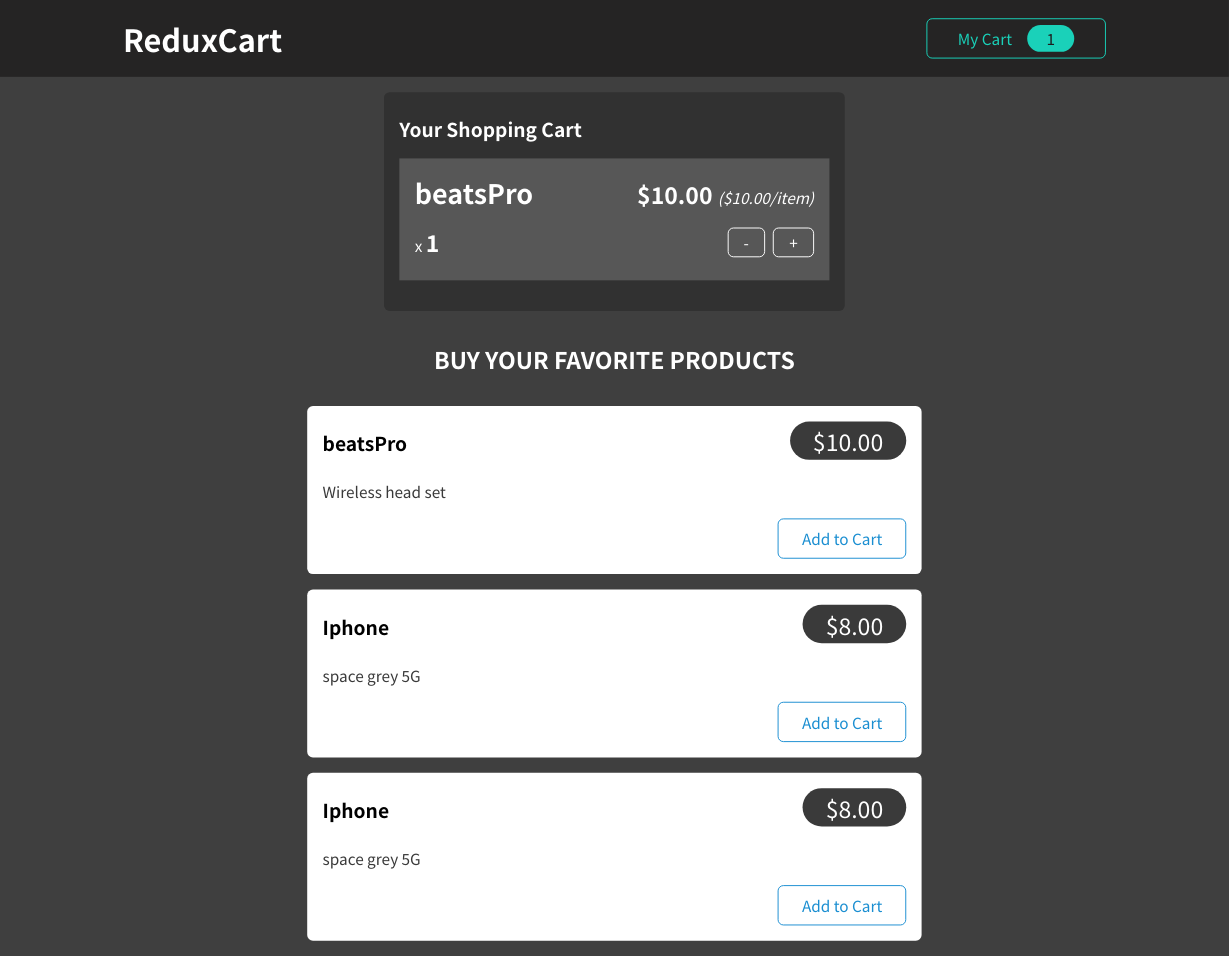
Repository: NamalPathirana/Redux-two-async
Page: /
These files come from the project's save history. The page is drawn as it stood at one moment and after the next save; the edit follows.
The browser window is 1280 px wide. The pictures show the whole page, at 96% of full size.
The project was rebuilt for these pictures with package versions that can differ from the ones it lists, and the page was loaded fresh each time.

Above is the page before, as saved 2022-04-13 16:55:33.

### src/index.js
import ReactDOM from 'react-dom/client';

import './index.css';
import App from './App';
import { Provider } from 'react-redux';
import store from './store/store';



const root = ReactDOM.createRoot(document.getElementById('root'));
root.render(<Provider store={store}><App /></Provider>);

### src/store/store.js
import { configureStore } from "@reduxjs/toolkit";
import cartSlice from "./cart"

const store = configureStore({
    reducer:{
        cart:cartSlice,
    },
});


export default store;

### src/components/Cart/Cart.js
import Card from "../UI/Card";
import classes from "./Cart.module.css";
import CartItem from "./CartItem";
import { useSelector } from "react-redux";

const Cart = (props) => {
  const cartItems = useSelector((state) => {
    return state.cart.items;
  });
  const totalQuantity = {};

  return (
    <Card className={classes.cart}>
      <h2>Your Shopping Cart</h2>
      <ul>
        {cartItems.map((item) => {
          return (
            <CartItem
              item={{ title: item.name, quantity: item.quantity, total: item.totalPrice, price: item.price}}
            />
          );
        })}
      </ul>
    </Card>
  );
};

export default Cart;

### src/components/Shop/Products.js
import ProductItem from "./ProductItem";
import classes from "./Products.module.css";
import { cartActions } from "../../store/cart";
import { useDispatch, useSelector } from "react-redux";
import { useEffect } from "react";

const Products = (props) => {
  const dispatch = useDispatch();

  useEffect(() => {
    dispatch(
      cartActions.addItemToCart({
        item: {
          id: 1,
          name: "beatsPro",
          description: "Wireless head set",
          quantity: 1,
          price: 10,
        },
      })
    );
  }, [dispatch]);

  const cartItems = useSelector((state) => state.cart.items);

  const productList = [
    {
      id: 1,
      name: "beatsPro",
      description: "Wireless head set",
      price: 10,
    },
    {
      id: 2,
      name: "Iphone",
      description: "space grey 5G",
      price: 8,
    },
    {
      id: 3,
      name: "Iphone",
      description: "space grey 5G",
      price: 8,
    },
  ];

  return (
    <section className={classes.products}>
      <h2>Buy your favorite products</h2>
      <ul>
        {productList.map((item) => {
          return (
            <ProductItem
              title={item.name}
              price={item.price}
              description={item.description}
            />
          );
        })}
      </ul>
    </section>
  );
};

export default Products;

### src/store/cart.js
import { createSlice } from "@reduxjs/toolkit";

// itemsTemplate = {items: [
//     {
//       id: 0,
//       name: "",
//       description: "",
//       quantity: 0,
//       price: 0,
//       totalPrice: 0,
//     },
//   ],}

const initialCartState = {
  items: [
  ],
  totalAmount: 0.0,
  totalItems:0,
};

const cartSlice = createSlice({
  name: "cart",
  initialState: initialCartState,
  reducers: {
    addItemToCart(state, actions) {
      if (actions.payload.item === null) return;

      const userEnteredItem = actions.payload.item;

      const existingItem = state.items.find(
        (item) => item.id === userEnteredItem.id
      );

      if (existingItem) {
        const itemQuantity = existingItem.reduce(
          (previousValue, currentItem) => {
            return previousValue + currentItem.quantity;
          },
          0
        );

        const newItem = { ...existingItem, quantity: itemQuantity };
        const newItemsList = {
          ...state.items.filter((obj) => obj.id !== newItem.id),
          existingItem,
        };

        state.items = newItemsList;
      } else {
        state.items.push({
          id: userEnteredItem.id,
          name: userEnteredItem.name,
          description: userEnteredItem.description,
          quantity: userEnteredItem.quantity,
          price: userEnteredItem.price,
          totalPrice: userEnteredItem.price * userEnteredItem.quantity,
        });
      }

      state.totalItems = state.items.reduce((previousValue,currentItem)=>{return previousValue+currentItem.quantity},0);

      state.totalAmount = state.items.reduce((previousValue, currentItem) => {
        return previousValue + currentItem.totalPrice;
      }, 0);
    },
  },
});

export const cartActions = cartSlice.actions;

export default cartSlice.reducer;

### src/components/Cart/CartItem.js
import classes from './CartItem.module.css';

const CartItem = (props) => {
  const { title, quantity, total, price } = props.item;

  return (
    <li className={classes.item}>
      <header>
        <h3>{title}</h3>
        <div className={classes.price}>
          ${total.toFixed(2)}{' '}
          <span className={classes.itemprice}>(${price.toFixed(2)}/item)</span>
        </div>
      </header>
      <div className={classes.details}>
        <div className={classes.quantity}>
          x <span>{quantity}</span>
        </div>
        <div className={classes.actions}>
          <button>-</button>
          <button>+</button>
        </div>
      </div>
    </li>
  );
};

export default CartItem;

### src/components/Shop/ProductItem.js
import Card from "../UI/Card";
import classes from "./ProductItem.module.css";

const ProductItem = (props) => {
  const { title, price, description } = props;

  return (
    <li className={classes.item}>
      <Card>
        <header>
          <h3>{title}</h3>
          <div className={classes.price}>${price.toFixed(2)}</div>
        </header>
        <p>{description}</p>
        <div className={classes.actions}>
          <button>Add to Cart</button>
        </div>
      </Card>
    </li>
  );
};

export default ProductItem;

### src/components/Cart/CartItem.module.css
.item {
  margin: 1rem 0;
  background-color: #575757;
  padding: 1rem;
}

.item h3 {
  margin: 0 0 0.5rem 0;
  font-size: 1.75rem;
}

.item header {
  display: flex;
  justify-content: space-between;
  align-items: baseline;
}

.details {
  display: flex;
  justify-content: space-between;
  align-items: center;
}

.quantity span {
  font-size: 1.5rem;
  font-weight: bold;
}

.price {
  font-size: 1.5rem;
  font-weight: bold;
}

.itemprice {
  font-weight: normal;
  font-size: 1rem;
  font-style: italic;
}

.actions {
  display: flex;
  justify-content: flex-end;
  margin: 0.5rem 0;
}

.actions button {
  background-color: transparent;
  border: 1px solid white;
  margin-left: 0.5rem;
  padding: 0.15rem 1rem;
  color: white;
}

.actions button:hover,
.actions button:active {
  background-color: #4b4b4b;
  color: white;
}

### src/components/Cart/CartButton.js
import classes from './CartButton.module.css';
import {useSelector} from "react-redux";

const CartButton = () => {

  const cartItemCount = useSelector(
    (state)=>{
      return state.cart.totalItems;
    }
  );

  return (
    <button className={classes.button}>
      <span>My Cart</span>
      <span className={classes.badge}>{cartItemCount}</span>
    </button>
  );
};

export default CartButton;

Loaded but not shown: public/index.html (common file); src/index.css (common file); src/App.js (common file); src/components/Layout/Layout.js (common file); src/components/UI/Card.js (common file); src/components/Cart/Cart.module.css (common file); src/components/Layout/MainHeader.js (common file); src/components/Shop/Products.module.css (common file); src/components/UI/Card.module.css (common file); src/components/Layout/MainHeader.module.css (common file); src/components/Shop/ProductItem.module.css (common file); src/components/Cart/CartButton.module.css (common file)

After the next save:
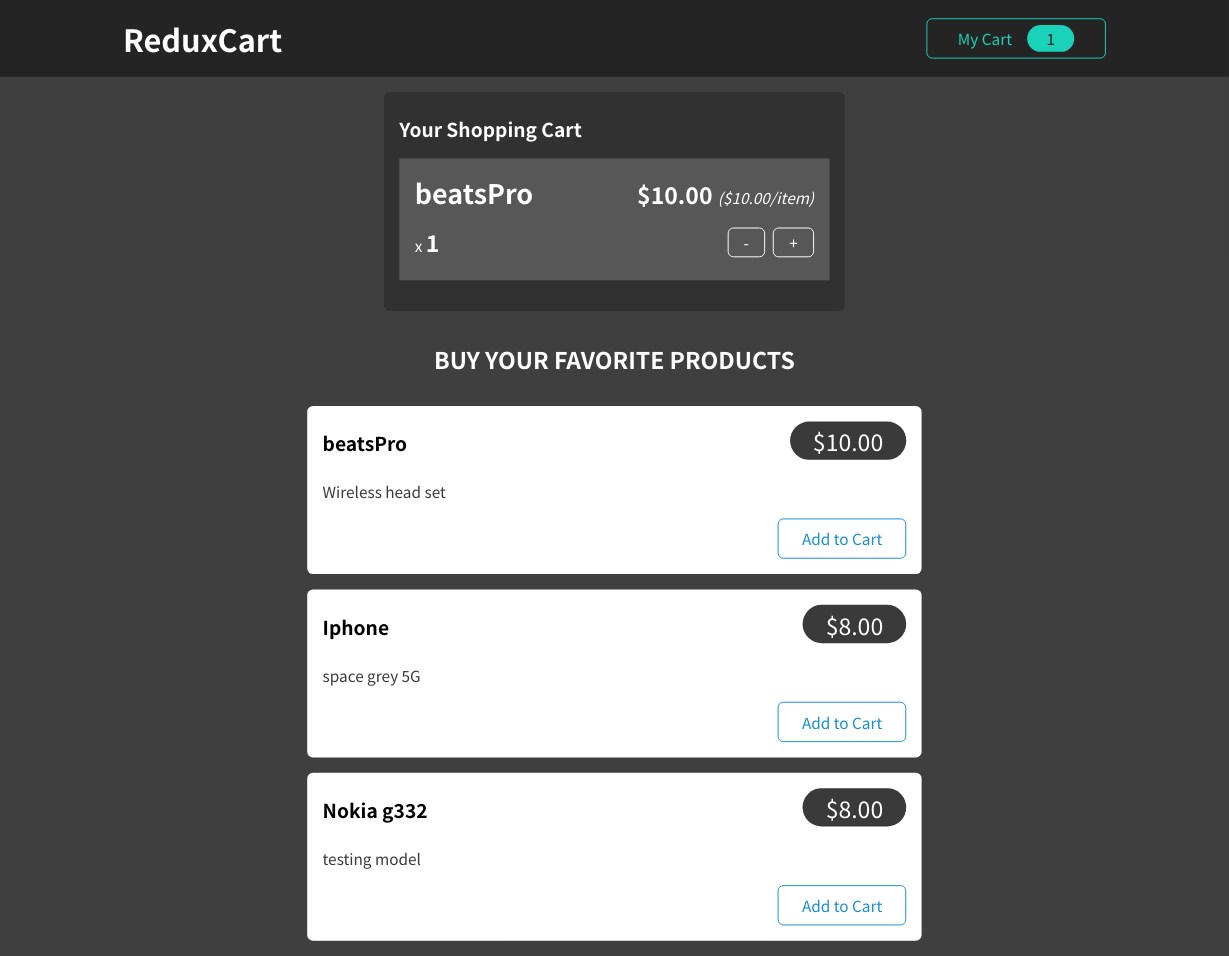
Saved 44 s later.
--- a/src/components/Shop/Products.js
+++ b/src/components/Shop/Products.js
@@ -38,8 +38,8 @@
     },
     {
       id: 3,
-      name: "Iphone",
-      description: "space grey 5G",
+      name: "Nokia g332",
+      description: "testing model",
       price: 8,
     },
   ];
